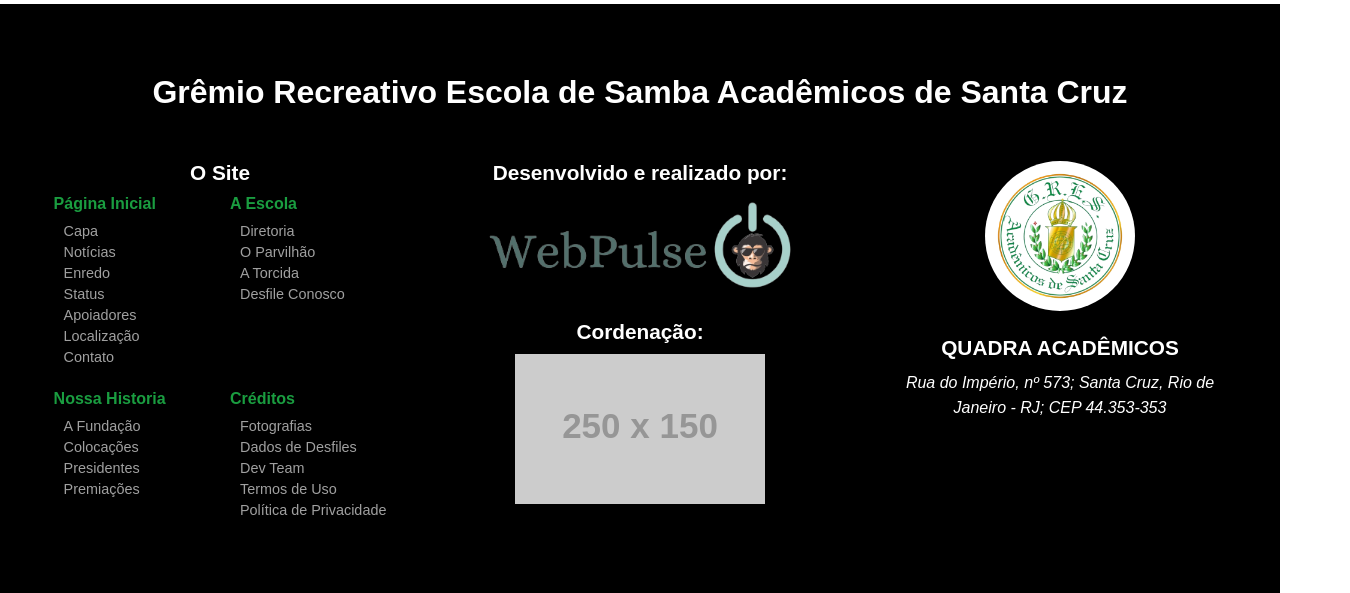
Repository: Lorsuz/gresasco
Page: index.html
These files come from the project's save history. The page is drawn as it stood at one moment and after a run of saves; the edit follows.
The browser window is 1280 px wide. The page is 1350 px wide, so the pictures cover 1350 px, including what lies to the right of the window. The pictures show the part of the page from y = 3546 to 4157 px (the page is 4139 px tall before and 4157 px after).
Some web fonts or font styles are not loaded; a fallback is used. The style sheet was rebuilt from its Sass, Less or Tailwind sources for each picture, by a compiler version that may differ from the author's.

Above is the page before, as saved 2023-11-05 17:40:57.

After the next 53 saves:
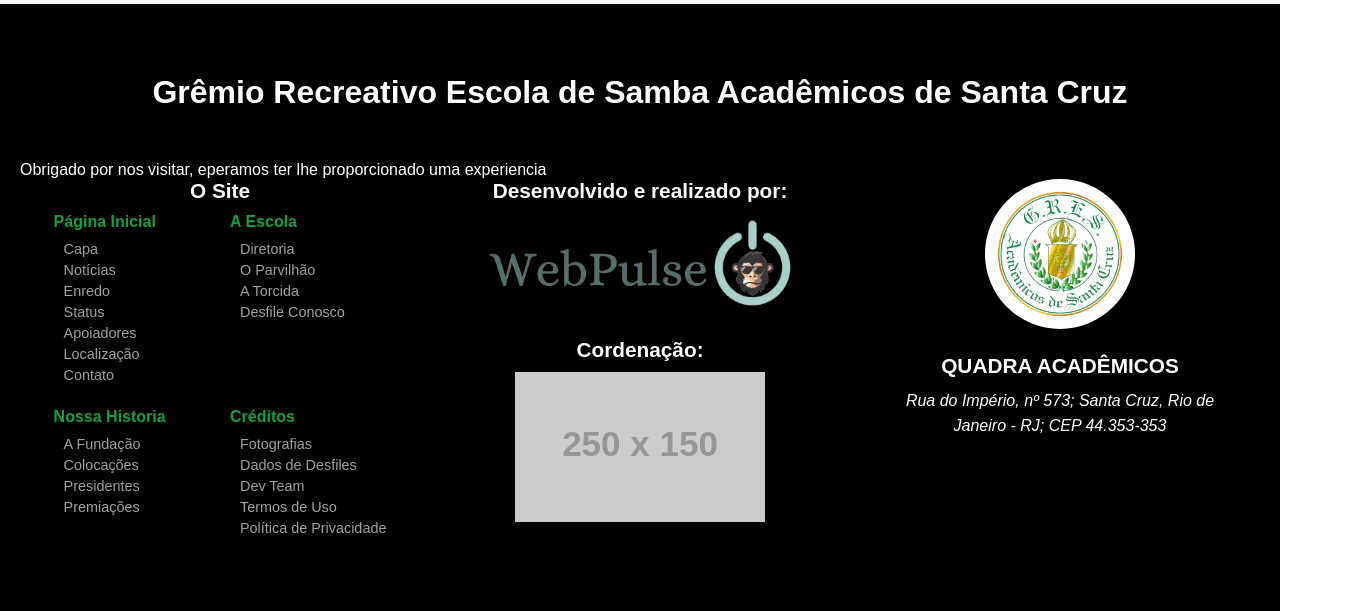
The 53 saves are shown as one change because they came seconds apart.
The last was saved 105 s later.
--- a/index.html
+++ b/index.html
@@ -164,6 +164,7 @@
 		</main>
 		<footer>
 			<h1>Grêmio Recreativo Escola de Samba Acadêmicos de Santa Cruz</h1>
+			<p>Obrigado por nos visitar, eperamos ter lhe proporcionado uma experiencia</p>
 			<section class="container wrapper">
 				<article class="structure">
 					<h2>O Site</h2>
